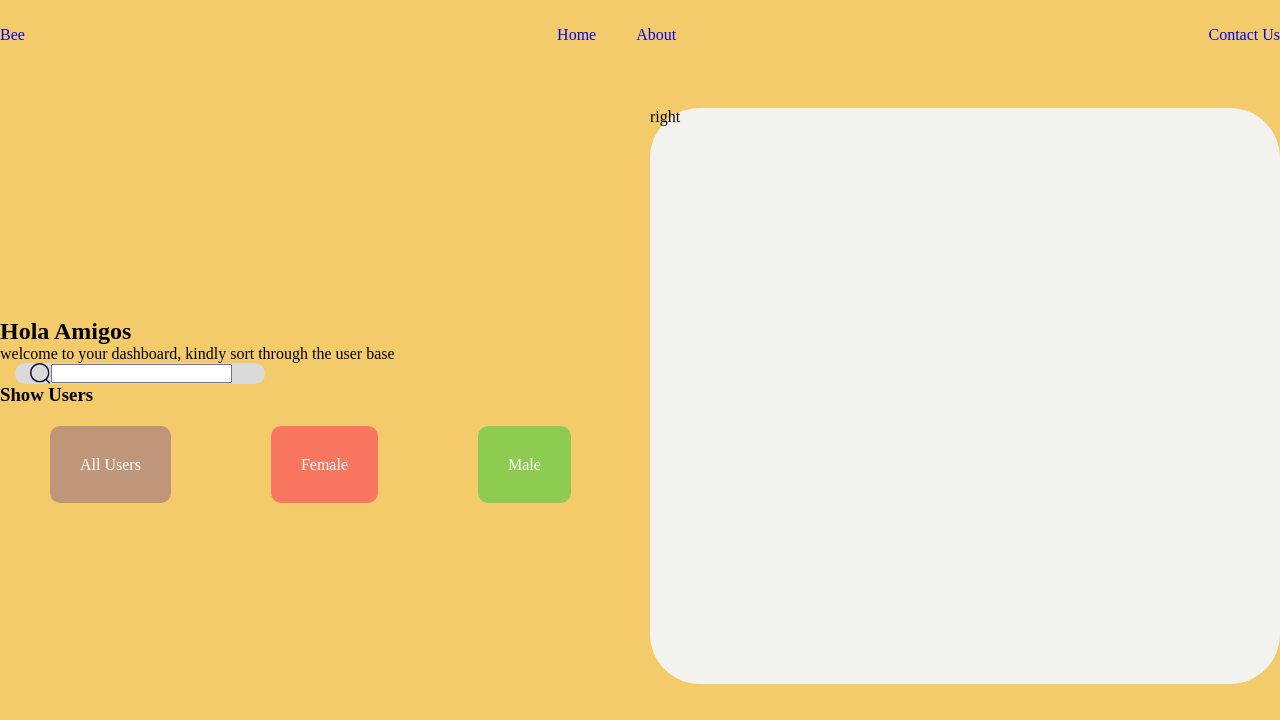
Repository: ble-syn/Random-user-generator-app
Page: /
These files come from the project's save history. The page is drawn as it stood at one moment and after the next save; the edit follows.
The browser window is 1280 px wide. The pictures show the whole page.
The project was rebuilt for these pictures with package versions that can differ from the ones it lists, and the page was loaded fresh each time. Also part of the build but not shown: src/pages/About.jsx, src/pages/Policy.jsx, src/pages/Terms.jsx, src/pages/Contact.jsx, src/pages/NotFound.jsx.

Above is the page before, as saved 2022-10-26 01:09:07.

After the next save:
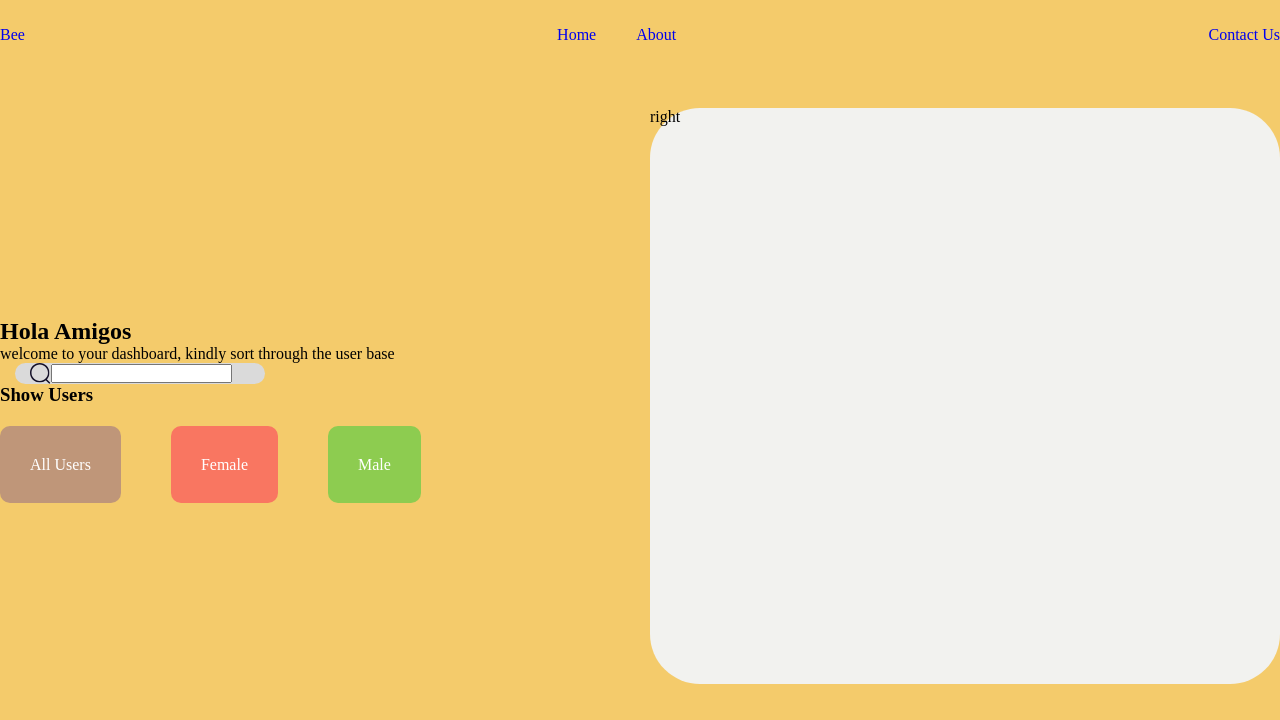
Saved 87 s later.
--- a/src/index.css
+++ b/src/index.css
@@ -63,7 +63,7 @@ nav {
   margin-top: 50px;
 }
 .user-link{
-  margin: 0 50px;
+  margin-right: 50px;
   padding: 30px;
   border-radius: 10px;
   color: #FFF;
